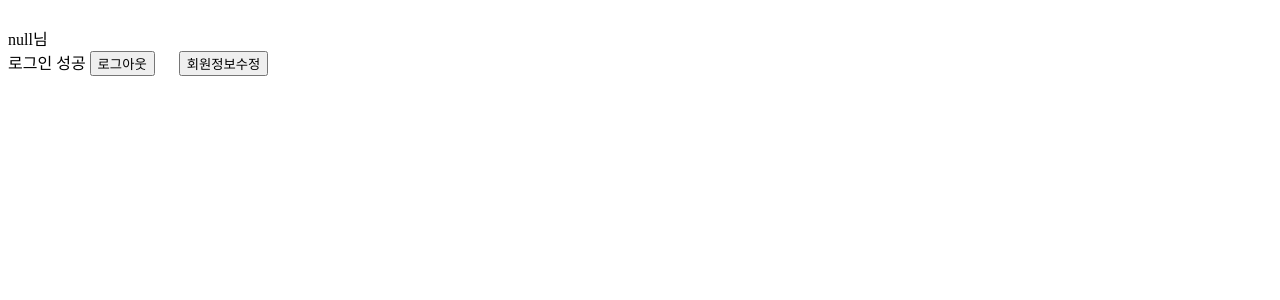
Repository: dahye1013/java-basic-learning
Page: http://localhost/memberJSP/member/loginOk.jsp
The author's editor kept a copy of each file at every save. The page is drawn from the files as they stood at one save, then again after the next save.
The browser window is 1280 px wide. The pictures show the whole page.
The page is served by Tomcat 9.

Above is the page before, as saved 2020-06-09 05:32:29.

After the next save:
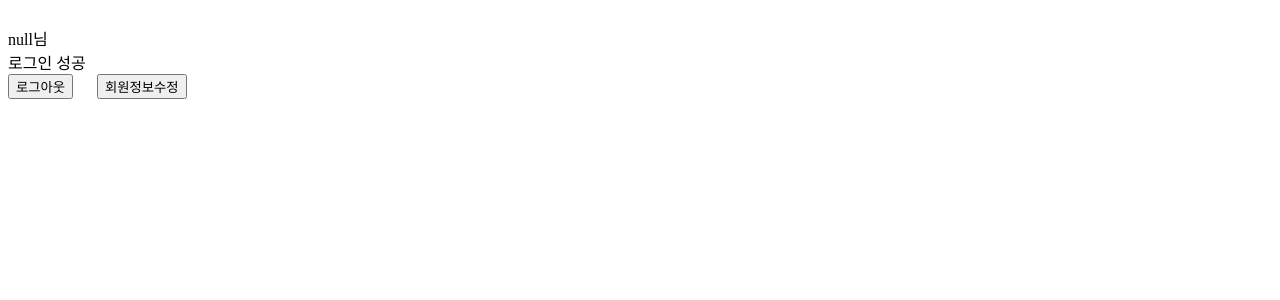
Saved 22 s later.
--- a/memberJSP/WebContent/member/loginOk.jsp
+++ b/memberJSP/WebContent/member/loginOk.jsp
@@ -8,7 +8,6 @@ String id = request.getParameter("id");
 
 <br>
  <%= name %>님<br>
-로그인 성공
+로그인 성공<br>
 	<input type="reset" value="로그아웃"> &emsp;
-
 	<input type="submit" value="회원정보수정" onclick=javascrpit:location.href='modifyForm.jsp?id=<%=id %>'>
